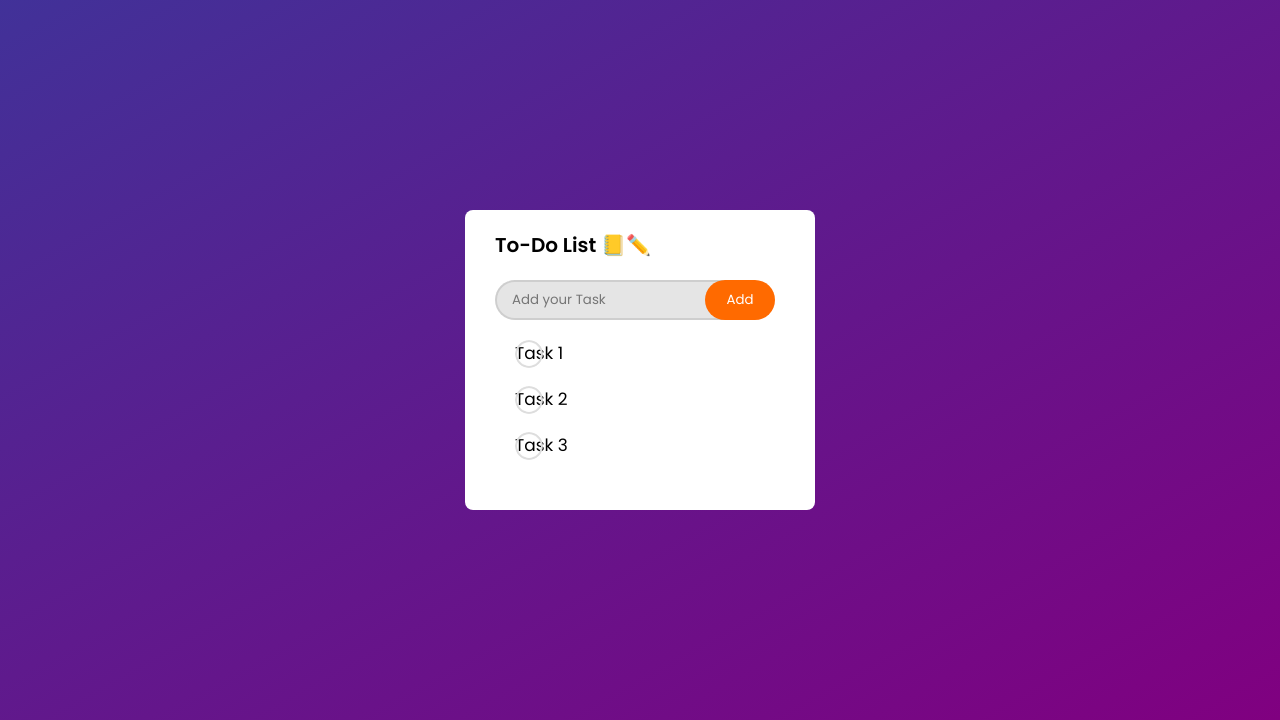
Repository: Ankitkr2021/To-Do-List
Page: index.html
An editor plug-in stored every save of this project. The page is shown before and after the next save, followed by the edit.
The browser window is 1280 px wide. The pictures show the whole page.

Above is the page before, as saved 2025-10-03 10:23:44.

### index.html
<!DOCTYPE html>
<html lang="en">
<head>
    <meta charset="UTF-8">
    <meta name="viewport" content="width=device-width, initial-scale=1.0">
    <title>To-Do-List</title>
    <link rel="stylesheet" href="./style.css">
</head>
<body>
    <div class="box">
        <h1>To-Do List 📒✏️</h1>
        <div class="task">
        <input id="add" type="text" placeholder="Add your Task">
        <button type="submit">Add</button>
        </div>
        <ul>
            <li>Task 1</li>
            <li>Task 2</li>
            <li>Task 3</li>
        </ul>
    </div>
</body>
</html>

### style.css
@import url("https://fonts.googleapis.com/css2?family=Poppins:wght@300;400;500;600;700&display=swap");

*{
    margin: 0;
    padding: 0;
    box-sizing: border-box;
    font-family: 'Poppins',sans-serif;
}

body{
    display: flex;
    justify-content: center;
    align-items: center;
    height: 100vh;
    background: linear-gradient(to bottom right, rgba(40, 22, 139, 0.884), purple);
}

.box {
    background: #fff;
    /* height: 150px; */
    height: 300px;
    width: 350px;
    border-radius: 8px;
}

.box h1 {
    padding: 20px 30px;
    font-size: 20px;
    font-weight: 600;
}

.task {
    /* background: #000; */
    padding: 0 30px;
    position: relative;
}

.task input {
    width: 85%;
    height: 40px;
    border-radius: 20px;
    border: 2px solid rgba(0,0,0,0.1);
    background: rgba(0,0,0,0.1);
    padding-left: 15px;
}

.task button {
    content: "";
    position: absolute;
    left: 240px;
    height: 40px;
    width: 20%;
    border-radius: 20px;
    background: rgb(255, 106, 0);
    color: #fff;
    border: none;
}

ul li {
    list-style: none;
    font-size: 17px;
    padding: 20px 8px 0 50px;
    user-select: none;
    cursor: pointer;
}

ul li:before{
    content: '';
    position: absolute;
    height: 28px;
    width: 28px;
    border-radius: 50%;
    background-image: url(./images/unchecked.png);
    background-size: cover;
    background-position: center;

}

After the next save:
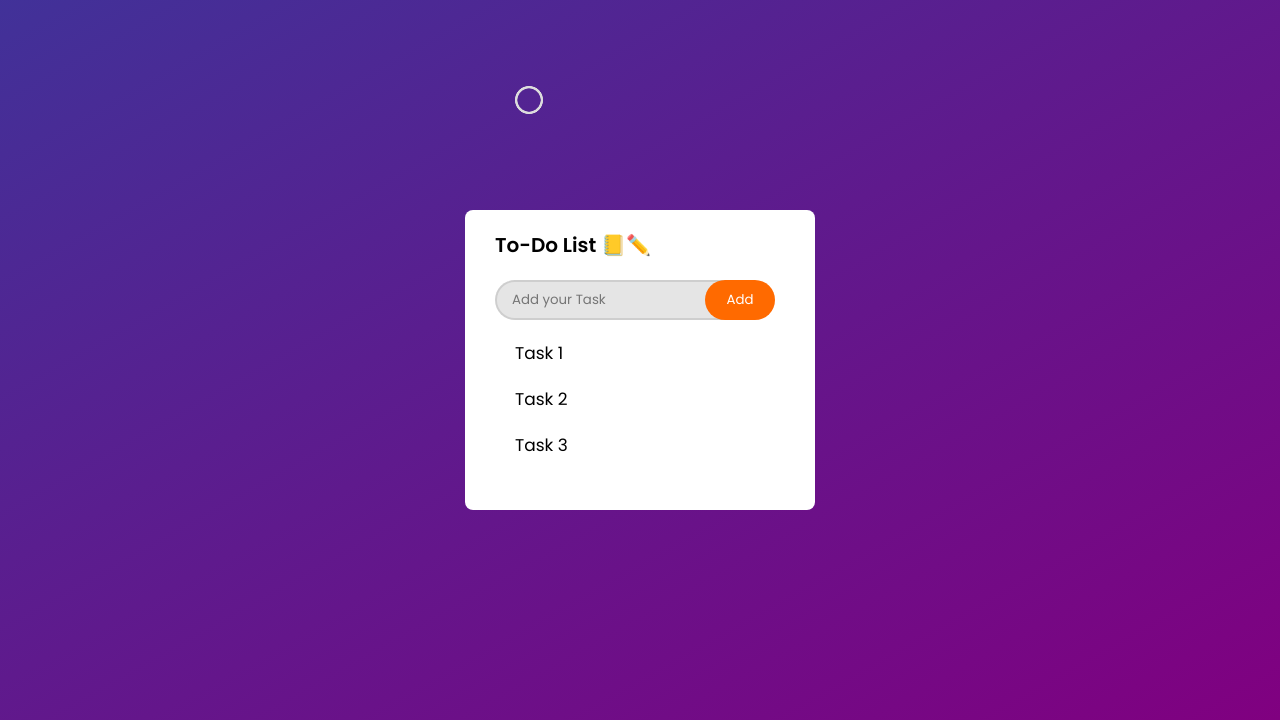
Saved 6 s later.
--- a/style.css
+++ b/style.css
@@ -73,5 +73,5 @@ ul li:before{
     background-image: url(./images/unchecked.png);
     background-size: cover;
     background-position: center;
-
+    top: 12%;
 }
